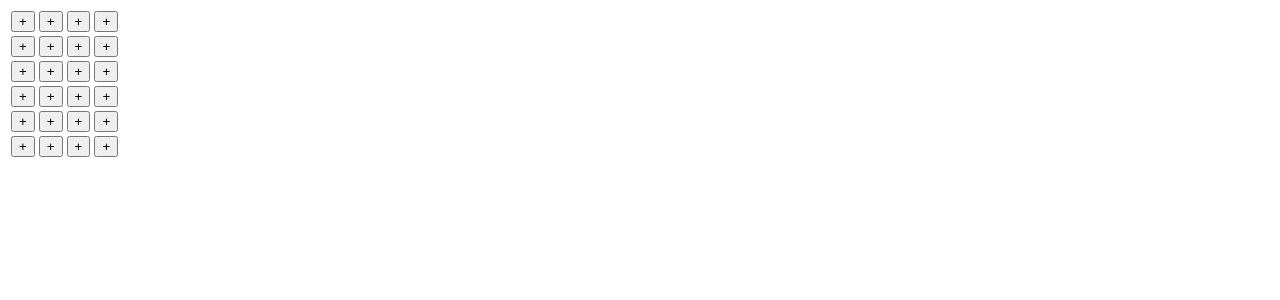
Repository: kwondam/servlet
Page: workspace/JSPPrj/WebContent/calc3.html
These files come from the project's save history. The page is drawn as it stood at one moment and after the next save; the edit follows.
The browser window is 1280 px wide. The pictures show the whole page.

Above is the page before, as saved 2020-03-26 13:15:54.

### workspace/JSPPrj/WebContent/calc3.html
<!DOCTYPE html>
<html>
<head>
<meta charset="UTF-8">
<title>Insert title here</title>
</head>
<body>
	<form action="calc3" method="post">
		<table>
			<tr>
				<td><input type="submit" name="operator" value="+"/></td>
				<td><input type="submit" name="operator" value="+"/></td>
				<td><input type="submit" name="operator" value="+"/></td>
				<td><input type="submit" name="operator" value="+"/></td>
			</tr>
			<tr>
				<td><input type="submit" name="operator" value="+"/></td>
				<td><input type="submit" name="operator" value="+"/></td>
				<td><input type="submit" name="operator" value="+"/></td>
				<td><input type="submit" name="operator" value="+"/></td>
			</tr>
			<tr>
				<td><input type="submit" name="operator" value="+"/></td>
				<td><input type="submit" name="operator" value="+"/></td>
				<td><input type="submit" name="operator" value="+"/></td>
				<td><input type="submit" name="operator" value="+"/></td>
			</tr>
			<tr>
				<td><input type="submit" name="operator" value="+"/></td>
				<td><input type="submit" name="operator" value="+"/></td>
				<td><input type="submit" name="operator" value="+"/></td>
				<td><input type="submit" name="operator" value="+"/></td>
			</tr>
			<tr>
				<td><input type="submit" name="operator" value="+"/></td>
				<td><input type="submit" name="operator" value="+"/></td>
				<td><input type="submit" name="operator" value="+"/></td>
				<td><input type="submit" name="operator" value="+"/></td>
			</tr>
			<tr>
				<td><input type="submit" name="operator" value="+"/></td>
				<td><input type="submit" name="operator" value="+"/></td>
				<td><input type="submit" name="operator" value="+"/></td>
				<td><input type="submit" name="operator" value="+"/></td>
			</tr>
		</table>
	</form>
</body>
</html>

After the next save:
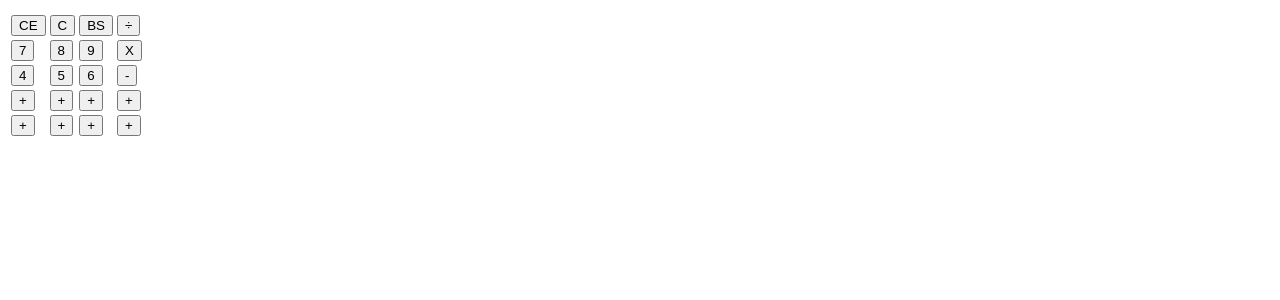
Saved 61 s later.
--- a/workspace/JSPPrj/WebContent/calc3.html
+++ b/workspace/JSPPrj/WebContent/calc3.html
@@ -8,28 +8,25 @@
 	<form action="calc3" method="post">
 		<table>
 			<tr>
-				<td><input type="submit" name="operator" value="+"/></td>
-				<td><input type="submit" name="operator" value="+"/></td>
-				<td><input type="submit" name="operator" value="+"/></td>
-				<td><input type="submit" name="operator" value="+"/></td>
+				<td></td>
 			</tr>
 			<tr>
-				<td><input type="submit" name="operator" value="+"/></td>
-				<td><input type="submit" name="operator" value="+"/></td>
-				<td><input type="submit" name="operator" value="+"/></td>
-				<td><input type="submit" name="operator" value="+"/></td>
+				<td><input type="submit" name="operator" value="CE"/></td>
+				<td><input type="submit" name="operator" value="C"/></td>
+				<td><input type="submit" name="operator" value="BS"/></td>
+				<td><input type="submit" name="operator" value="÷"/></td>
 			</tr>
 			<tr>
-				<td><input type="submit" name="operator" value="+"/></td>
-				<td><input type="submit" name="operator" value="+"/></td>
-				<td><input type="submit" name="operator" value="+"/></td>
-				<td><input type="submit" name="operator" value="+"/></td>
+				<td><input type="submit" name="operator" value="7"/></td>
+				<td><input type="submit" name="operator" value="8"/></td>
+				<td><input type="submit" name="operator" value="9"/></td>
+				<td><input type="submit" name="operator" value="X"/></td>
 			</tr>
 			<tr>
-				<td><input type="submit" name="operator" value="+"/></td>
-				<td><input type="submit" name="operator" value="+"/></td>
-				<td><input type="submit" name="operator" value="+"/></td>
-				<td><input type="submit" name="operator" value="+"/></td>
+				<td><input type="submit" name="operator" value="4"/></td>
+				<td><input type="submit" name="operator" value="5"/></td>
+				<td><input type="submit" name="operator" value="6"/></td>
+				<td><input type="submit" name="operator" value="-"/></td>
 			</tr>
 			<tr>
 				<td><input type="submit" name="operator" value="+"/></td>
